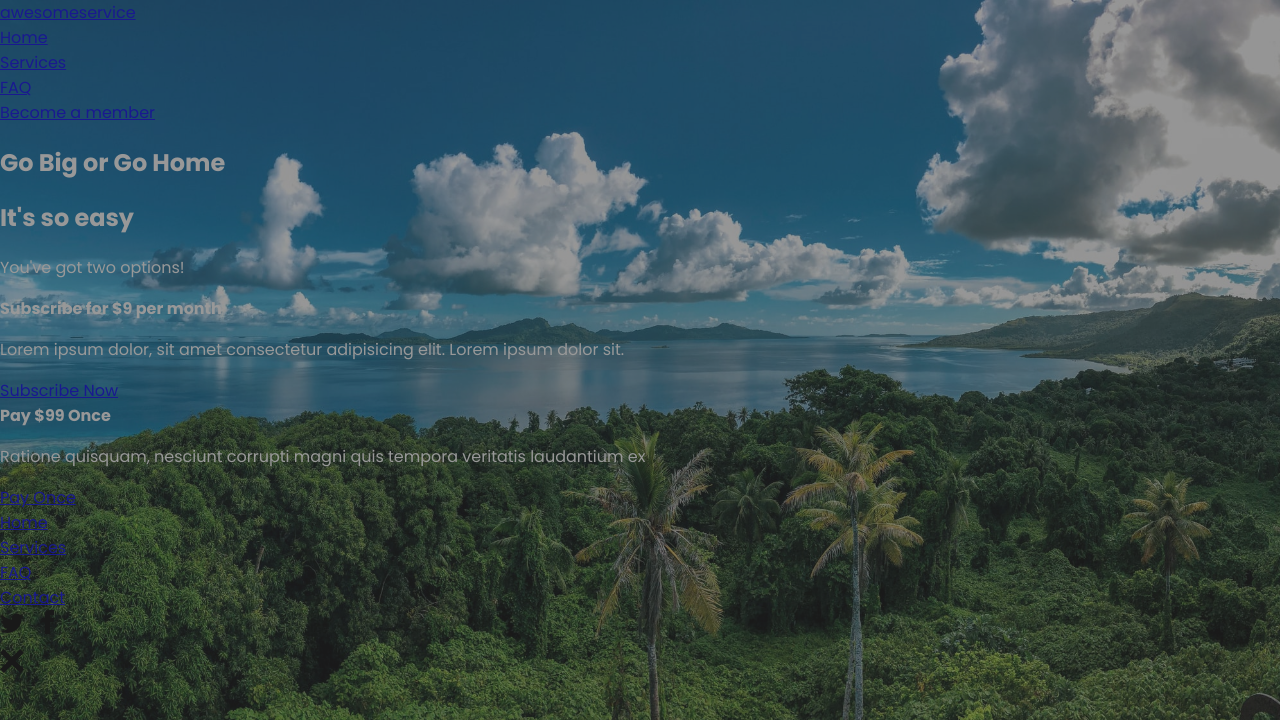
Repository: Hyperion72R/Animated-Navigation
Page: index.html
These files come from the project's save history. The page is drawn as it stood at one moment and after the next save; the edit follows.
The browser window is 1280 px wide. The pictures show the whole page.
The style sheet was rebuilt from its Sass, Less or Tailwind sources for each picture, by a compiler version that may differ from the author's.

Above is the page before, as saved 2021-08-14 16:03:48.

### index.html
<!DOCTYPE html>
<html lang="en">
  <head>
    <meta charset="UTF-8" />
    <meta http-equiv="X-UA-Compatible" content="IE=edge" />
    <meta name="viewport" content="width=device-width, initial-scale=1.0" />
    <title>Document</title>
    <link rel="stylesheet" href="css/main.css" />
  </head>
  <body>
    <header>
      <a href="#" class="logo">awesomeservice</a>

      <nav>
        <ul>
          <li><a href="#">Home</a></li>
          <li><a href="#">Services</a></li>
          <li><a href="#">FAQ</a></li>
          <li class="active"><a href="#">Become a member</a></li>
        </ul>
      </nav>
    </header>

    <section>
      <h1>Go Big or Go Home</h1>
    </section>

    <div class="overlay">
      <div class="left">
        <h2>It's so easy</h2>
        <p>You've got two options!</p>

        <div class="cards">
          <div class="card">
            <strong>Subscribe for $9 per month</strong>
            <p>
              Lorem ipsum dolor, sit amet consectetur adipisicing elit. Lorem
              ipsum dolor sit.
            </p>
            <a href="#" class="cta">Subscribe Now</a>
          </div>

          <div class="card">
            <strong>Pay $99 Once</strong>
            <p>
              Ratione quisquam, nesciunt corrupti magni quis tempora veritatis
              laudantium ex
            </p>
            <a href="#" class="cta pay-once">Pay Once</a>
          </div>
        </div>
      </div>

      <div class="middle">
        <ul class="secondary">
          <li><a href="#">Home</a></li>
          <li><a href="#">Services</a></li>
          <li><a href="#">FAQ</a></li>
          <li><a href="#">Contact</a></li>
        </ul>

        <div class="social-nav">
          <a href="" class="twitter"
            ><svg
              xmlns="http://www.w3.org/2000/svg"
              width="32"
              height="32"
              viewBox="0 -1.15 32 32"
            >
              <path
                d="M24 4.557c-.883.392-1.832.656-2.828.775 1.017-.609 1.798-1.574 2.165-2.724-.951.564-2.005.974-3.127 1.195-.897-.957-2.178-1.555-3.594-1.555-3.179 0-5.515 2.966-4.797 6.045-4.091-.205-7.719-2.165-10.148-5.144-1.29 2.213-.669 5.108 1.523 6.574-.806-.026-1.566-.247-2.229-.616-.054 2.281 1.581 4.415 3.949 4.89-.693.188-1.452.232-2.224.084.626 1.956 2.444 3.379 4.6 3.419-2.07 1.623-4.678 2.348-7.29 2.04 2.179 1.397 4.768 2.212 7.548 2.212 9.142 0 14.307-7.721 13.995-14.646.962-.695 1.797-1.562 2.457-2.549z"
              /></svg
          ></a>
          <a href="" class="facebook"
            ><svg
              xmlns="http://www.w3.org/2000/svg"
              width="32"
              height="32"
              viewBox="0 0 32 32"
            >
              <path
                d="M9 8h-3v4h3v12h5v-12h3.642l.358-4h-4v-1.667c0-.955.192-1.333 1.115-1.333h2.885v-5h-3.808c-3.596 0-5.192 1.583-5.192 4.615v3.385z"
              /></svg
          ></a>
        </div>
      </div>

      <div class="right">
        <svg
          class="exit"
          xmlns="http://www.w3.org/2000/svg"
          width="58"
          height="58"
          viewBox="0 0 58 58"
        >
          <path
            d="M24 20.188l-8.315-8.209 8.2-8.282-3.697-3.697-8.212 8.318-8.31-8.203-3.666 3.666 8.321 8.24-8.206 8.313 3.666 3.666 8.237-8.318 8.285 8.203z"
          />
        </svg>
      </div>
    </div>
  </body>
</html>

### css/main.scss
@import url("https://fonts.googleapis.com/css2?family=Poppins:ital,wght@0,400;0,500;0,600;0,700;0,800;0,900;1,400;1,500;1,600;1,700;1,800;1,900&display=swap");

*,
*:before,
*::after {
  box-sizing: border-box;
}

body::after {
  content: "";
  display: block;
  width: 100%;
  height: 100%;
  background-color: rgba(51, 51, 51, 0.5);
  position: absolute;
  top: 0;
  left: 0;
}

body {
  height: 100vh;
  //   background: #8000ff url("../assets/images/bg.jpg");
  //   background: linear-gradient(rgba(4, 230, 168, 0.8), rgba(44, 189, 230, 0.8)),
  //     url("../assets/images/bg.jpg");
  background: url("../assets/images/bg.jpg");
  background-size: cover;
  color: white;
  font-family: "Poppins";
  margin: 0;
  //   overflow: hidden;
  background-repeat: no-repeat;
}

ul {
  list-style-type: none;
  margin: 0;
  padding: 0;
}

section,
header {
}

.overlay {
  //   display: none;
}

After the next save:
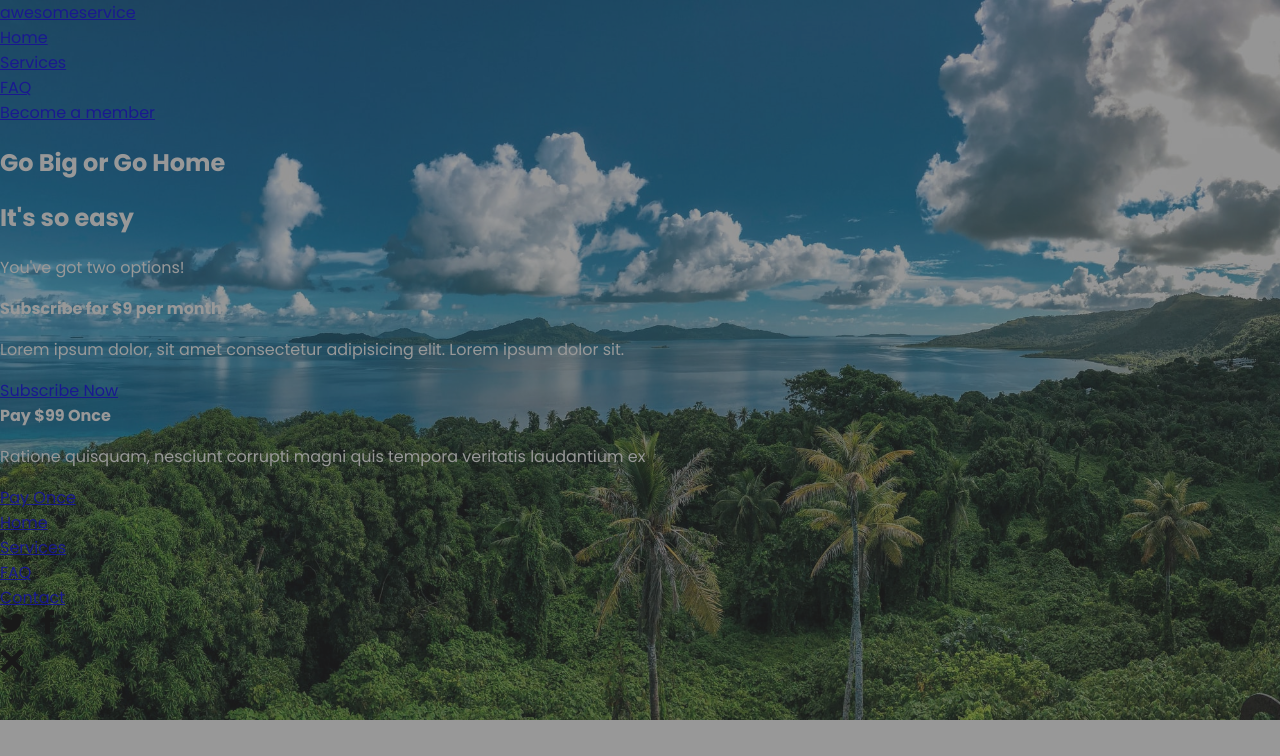
Saved 5 s later.
--- a/css/main.scss
+++ b/css/main.scss
@@ -10,7 +10,7 @@
   content: "";
   display: block;
   width: 100%;
-  height: 100%;
+  height: 105%;
   background-color: rgba(51, 51, 51, 0.5);
   position: absolute;
   top: 0;
